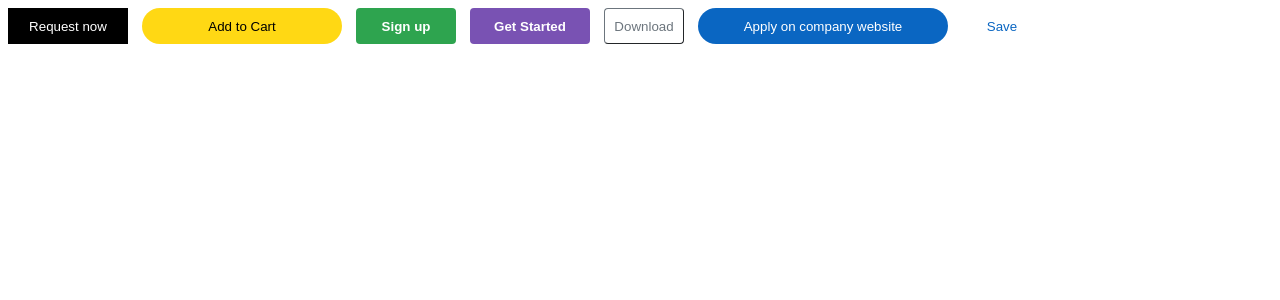
Repository: Kurumilli/Youtube
Page: Exercise2.html
An editor plug-in stored every save of this project. The page is shown before and after the next save, followed by the edit.
The browser window is 1280 px wide. The pictures show the whole page.

Above is the page before, as saved 2025-01-23 20:56:39.

After the next save:
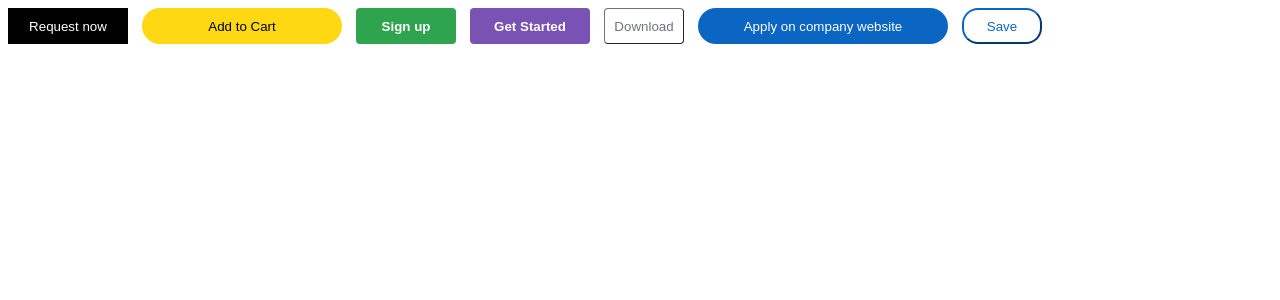
Saved 85 s later.
--- a/Exercise2.html
+++ b/Exercise2.html
@@ -72,7 +72,6 @@
             .linkedin2q{
                 background-color: white;
                 color:rgb(10,102,194);
-                border: 4px;
                 height: 36px;
                 width: 80px;
                 cursor: pointer;
